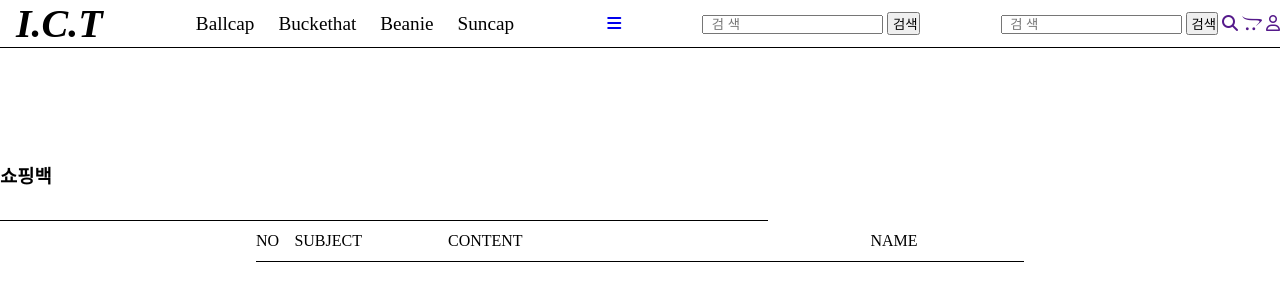
Repository: Developer120000/project1
Page: http://localhost/project1/productpage/q_a.jsp
The author's editor kept a copy of each file at every save. The page is drawn from the files as they stood at one save, then again after the next save.
The browser window is 1280 px wide. The pictures show the whole page.
Some web libraries are served in a nearby version. The page is served by Tomcat 9.

Above is the page before, as saved 2024-03-19 08:43:00.
Console error: SyntaxError: Identifier 'hamburger' has already been declared

After the next save:
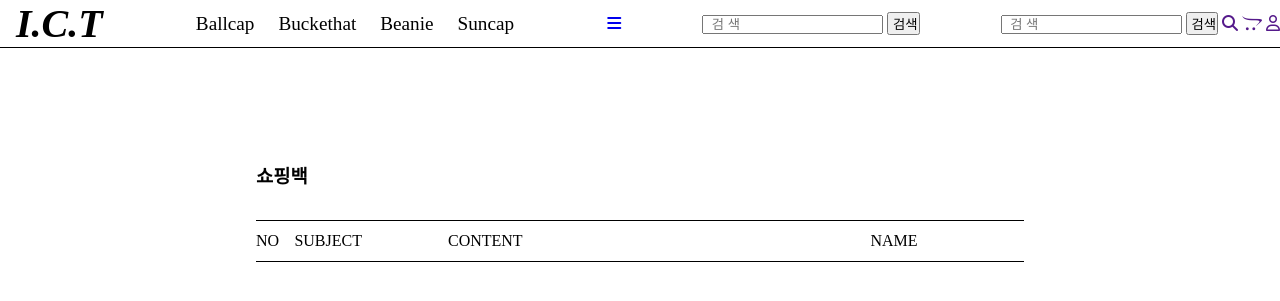
Saved 9 min 22 s later.
--- a/project1/src/main/webapp/productpage/q_a.jsp
+++ b/project1/src/main/webapp/productpage/q_a.jsp
@@ -13,8 +13,8 @@
 </head>
 <body>
 	<div class="qcontainer">
+		<div class="qwrapper">
 			<h3 class="qtitle">쇼핑백</h3>
-		<div class="qwrapper">
 			<ul class="qau">
 				<li class="qal">NO</li>
 				<li class="qal">SUBJECT</li>
